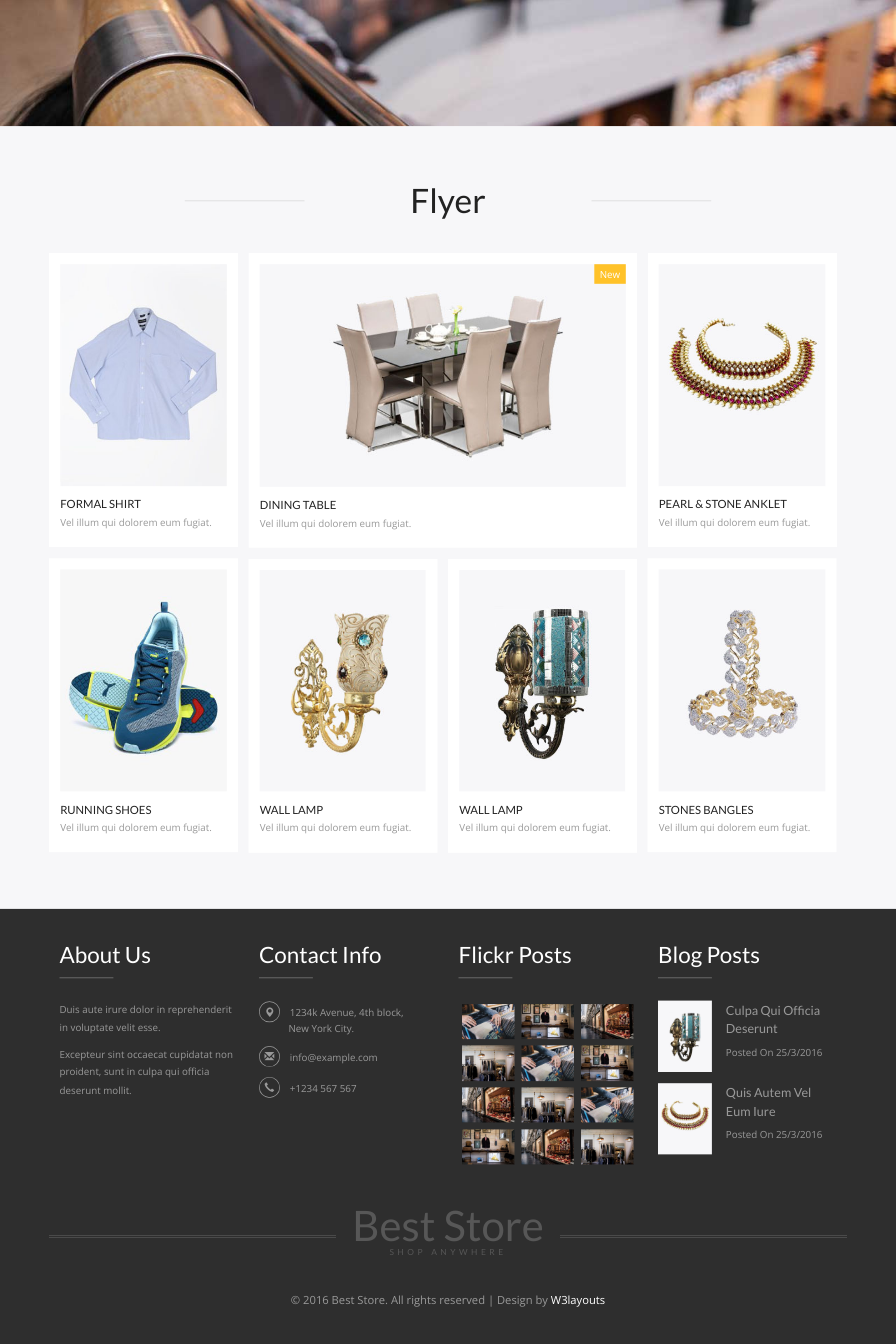
Repository: vinodmealla/flyerworkspace
Page: com.gvm.websample1/src/main/webapp/WEB-INF/index.html
The author's editor kept a copy of each file at every save. The page is drawn from the files as they stood at one save, then again after the next save.
The browser window is 1280 px wide. The pictures show the part of the page from y = 659 to 2579 px (the page is 2579 px tall), at 70% of full size.

Above is the page before, as saved 2017-10-03 09:18:49.
Console error: SyntaxError: Unexpected token '('

After the next save:
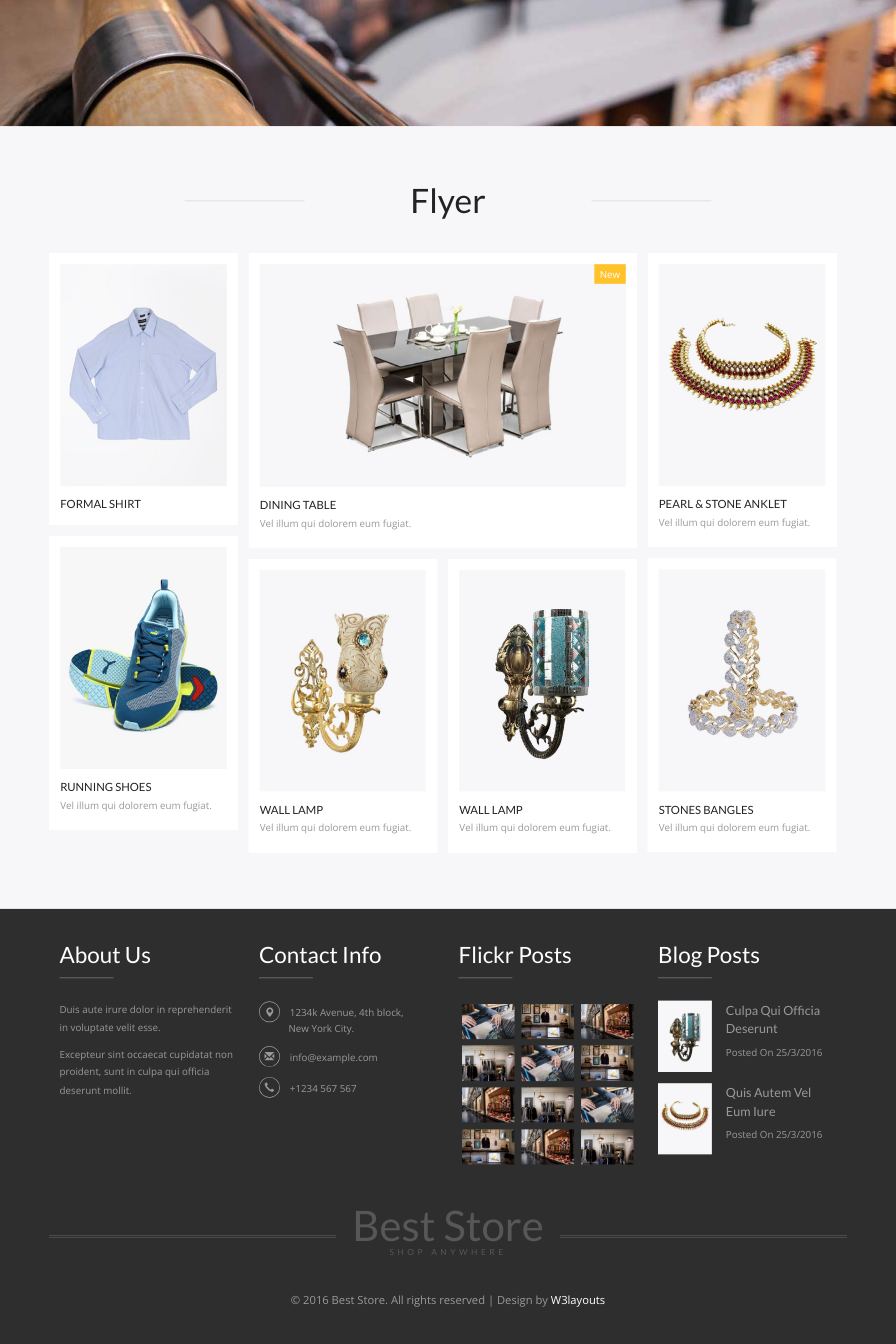
Saved 2 min 43 s later.
--- a/com.gvm.websample1/src/main/webapp/WEB-INF/index.html
+++ b/com.gvm.websample1/src/main/webapp/WEB-INF/index.html
@@ -271,7 +271,7 @@
 							</div>
 						</div>
 						<h4><a href="single.html">Formal Shirt</a></h4>
-						<p>Vel illum qui dolorem eum fugiat.</p>
+						<!-- <p>Vel illum qui dolorem eum fugiat.</p> -->
 						<!-- <div class="new-collections-grid1-left simpleCart_shelfItem">
 							<p><i>Rs.325</i> <span class="item_price">Rs.250</span></p>
 						</div> -->
